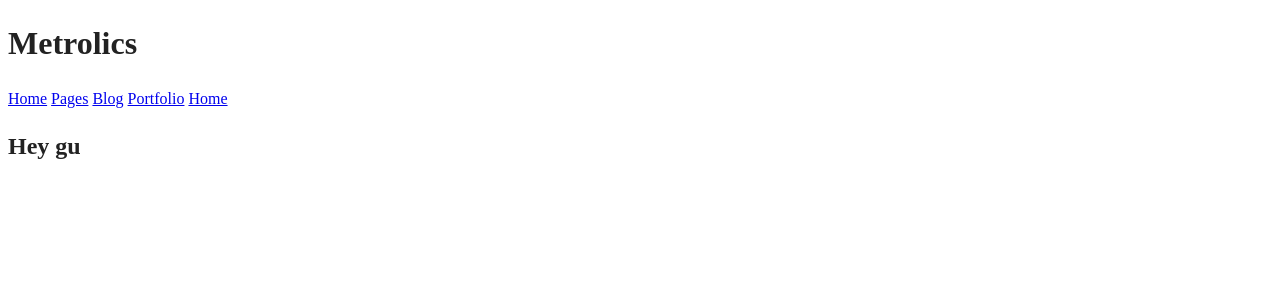
Repository: jgache/LAB-02A
Page: index.html
These files come from the project's save history. The page is drawn as it stood at one moment and after the next save; the edit follows.
The browser window is 1280 px wide. The pictures show the whole page.

Above is the page before, as saved 2024-01-22 22:01:36.

After the next save:
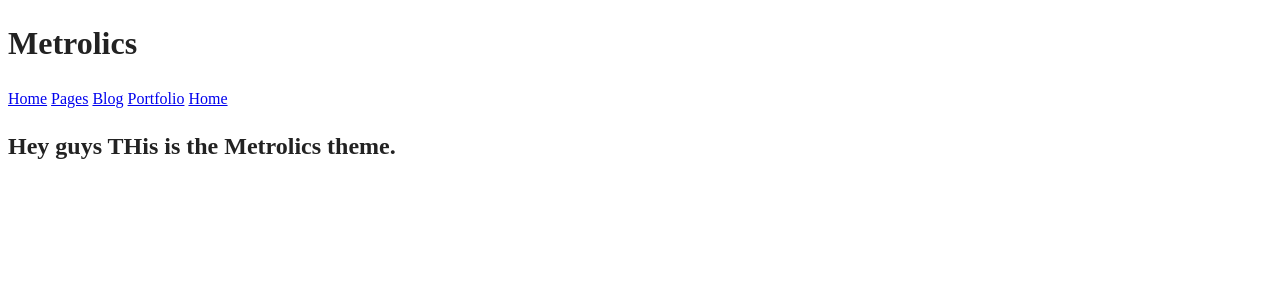
Saved 7 s later.
--- a/index.html
+++ b/index.html
@@ -47,7 +47,7 @@
   <main>
 
     <section class="text">
-      <h2> Hey gu</h2>
+      <h2> Hey guys THis is the Metrolics theme.</h2>
 
     </section>
 
